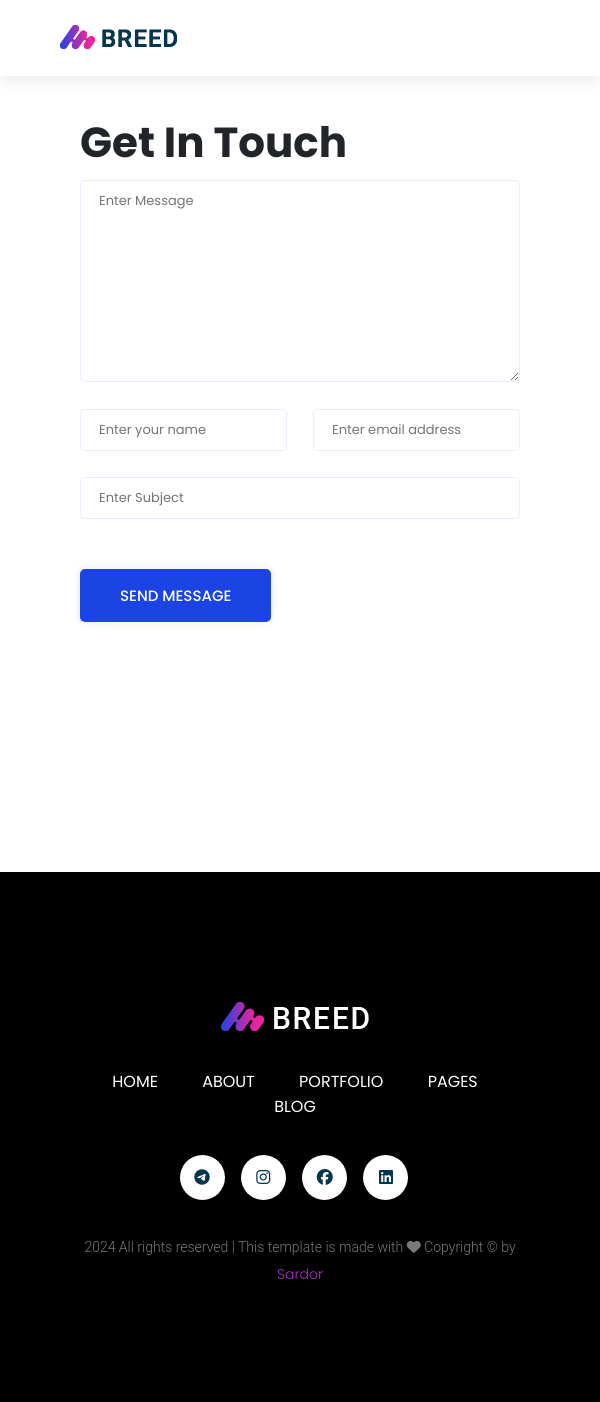
Repository: whoami2991/Sardorbek-Portfolio---Home
Page: contact.html
The author's editor kept a copy of each file at every save. The page is drawn from the files as they stood at one save, then again after the next save.
The browser window is 600 px wide. The pictures show the whole page.

Above is the page before, as saved 2024-08-03 21:10:22.

### contact.html
<!DOCTYPE html>
<html lang="en">
<head>
    <meta charset="UTF-8">
    <meta name="viewport" content="width=device-width, initial-scale=1.0">
    <title>Portfolio - Contact</title>
    <link rel="stylesheet" href="shared.css">
    <link rel="stylesheet" href="contact.css">
    <link rel="stylesheet" href="https://cdnjs.cloudflare.com/ajax/libs/font-awesome/6.5.1/css/all.min.css" integrity="sha512-DTOQO9RWCH3ppGqcWaEA1BIZOC6xxalwEsw9c2QQeAIftl+Vegovlnee1c9QX4TctnWMn13TZye+giMm8e2LwA==" crossorigin="anonymous" referrerpolicy="no-referrer" />
    <link rel="icon" href="icons8-briefcase-94.png" type="image/png">
    <link href='https://unpkg.com/boxicons@2.1.4/css/boxicons.min.css' rel='stylesheet'>
</head>
<body>
    <!--Header section-->
    <header class="main-header">
        <div class="wrapper">
            <div class="brand">
                <a href="index.html">
                    <img src="logo.png" alt="logo">
                </a>
            </div>
            <nav class="main-navigation">
                <ul class="main-navigation__items">
                    <li class="main-navigation__item">
                        <a href="/index.html">Home</a>
                    </li>
                    <li class="main-navigation__item">
                        <a href="#">About</a>
                    </li>
                    <li class="main-navigation__item">
                        <a href="#">Portfolio</a>
                    </li>
                    <li class="main-navigation__item">
                        <a href="#">Pages</a>
                    </li>
                    <li class="main-navigation__item">
                        <a href="#">Blog</a>
                    </li>
                    <li class="main-navigation__item">
                        <a href="#">Contact</a>
                    </li>
                </ul>
            </nav>
        </div>
    </header>
    <div class="wrapper">
        <section class="contact">
            <div class="section-title">Get in Touch</div>
            <form action="/server.php" method="get">
                <textarea name="message" id="message" cols="30" rows="9" placeholder="Enter Message"></textarea>
                <div class="half-row contact_firstname">
                    <input type="text" placeholder="Enter your name" name="firsname">
                </div>
                <div class="half-row contact_email">
                    <input type="email" placeholder="Enter email address" name="email">
                </div>
                <input class="input_enter" type="text" placeholder="Enter Subject" name="subject">
                <button class="button to-uppercase contact_send" type="submit">Send message</button>
            </form>
        </section>
    </div>
    <!--Footer section-->
    <footer class="footer-area">
        <div class="wrapper">
            <section class="footer">
                <div class="footer-logo">
                    <a href="#">
                        <img src="logo2.png" alt="footer logo">
                    </a>
                    <div class="footer-nav">
                        <nav class="footer-main_nav">
                            <ul class="footer-main_nav-items">
                                <li class="nav-item">
                                    <a href="#">Home</a>
                                </li>
                                <li class="nav-item">
                                    <a href="#">about</a>
                                </li>
                                <li class="nav-item">
                                    <a href="#">portfolio</a>
                                </li>
                                <li class="nav-item">
                                    <a href="#">pages</a>
                                </li>
                                <li class="nav-item">
                                    <a href="#">blog</a>
                                </li>
                            </ul>
                        </nav>
                    </div>

                </div>
                <div class="footer-social">
                    <a href="https://t.me/ism018"><i class="fa-brands fa-telegram"></i></a>
                    <a href="https://www.instagram.com/imsard0r/" class="social-instagram_color"><i class="fa-brands fa-instagram"></i></a>
                    <a href="https://www.facebook.com/sardorbek.ismoilov.545/"><i class="fa-brands fa-facebook"></i></a>
                    <a href="https://www.linkedin.com/in/sardor-ismoilov/"><i class="fa-brands fa-linkedin"></i></a>
                </div>
                    <div class="footer-bottom">
                        <p class="col-lg-8 col-sm-12 footer-text"><script>document.write(new Date().getFullYear());</script> All rights reserved | This template is made with <i class="fa fa-heart" aria-hidden="true"></i>
                            Copyright © by <a href="https://t.me/ism018" target="_blank">Sardor</a>
                        </p>
                    </div>
            </section>
        </div>
    </footer>
</body>
</html>

### shared.css
@import url("https://fonts.googleapis.com/css2?family=Poppins:wght@300;400;500;600;700;800;900&display=swap");
/*===============Core styles===============*/
* {
    font-family: "Poppins", sans-serif;
    box-sizing: border-box;
}
body{

    margin: 0;
}
.wrapper{
    width: 1110px;
    margin: 0 auto;
}
.section-subtitle{
    letter-spacing: 2px;
    font-weight: 500;
    color: #797979;
    text-transform: uppercase;
    margin: 5px 0 0;
    font-size: 15px;
    font-weight: 600;
}
.section-title{
    font-size: 42px;
    font-weight: 700;
    text-transform: capitalize;
    color: #212529;
    margin: 15px 0 0 0;
    line-height: 55px;
}

.blur-line{
    display: inline-block;
    vertical-align: middle;
    margin-left: 5px;
    width: 80px;
    height: 4px;
    background: rgba(237,35,159,0.6);
    filter: blur(4px);
}
.button{
    border: none;
    background-color: #1c44e4;
    color: #fff;
    font-weight: 500;
    font-size: 15px;
    padding: 15px 40px;
    cursor: pointer;
    border-radius: 5px;
    box-shadow: 0 0 10px rgba(0, 0, 0, 0.1);
    -webkit-transition-duration: 0.3;
    transition-duration: 0.3;
    -webkit-transition-property: box-shadow, transform;
    transition-property: box-shadow, transform;
}
.button:hover, .button:focus, button:active{
    box-shadow: 0 0 20px rgba(0, 0, 0, 0.5);
    -webkit-transform: scale(1.1);
    transform: scale(1.1);
}
.to-uppercase{
    text-transform: uppercase;
}
.clearfix{
    clear: both;
}
/*===============Header styles==============*/
.main-header{
    position: fixed;
    z-index: 10;
    background-color: #fff;
    width: 100%;
    top: 0;
    left: 0;
    box-shadow: 0px 3px 16px 0px rgb(0 0 0 / 10%);
}
.brand {
    display: inline-block;
    margin-top: 25px;
    border-style: none;
    margin-right: 60px;
}
.main-navigation{
    display: inline-block;
    vertical-align: top;
    padding-top: 5px;
}
.main-navigation__item{
    display: inline-block;
    padding: 5px 15px;
}
.main-navigation__item a{
    color: #05364D;
    text-decoration: none;
    font-weight: 500;
    text-transform: uppercase;
    transition: 0.5s;
}
.main-navigation__item a:hover{
    color: #1c44e4;
}
/*==============Footer section styles=================*/
.footer-area{
    margin-top: 150px;
    padding-top: 130px;
    background-color: #000;
}
.footer-logo{
    text-align: center;
    display: block;
    margin-left: -10px;
}
.footer-nav{
    padding-top: 15px;
}
.footer-main_nav{
    text-decoration: none;
    margin-left: -40px;
}
.footer-main_nav-items{
    list-style: none;
    display: inline-block;
}
.footer-main_nav-items li{
    display: inline-block;
    padding: 0 20px 0;
}
.footer-main_nav-items a{
    display: inline-block;
    text-transform: uppercase;
    text-decoration: none;
    color: #fff;
}
.footer-social {
    padding: 20px;
    align-items: center;
    text-align: center;
}
.footer-social a{
    display: inline-block;
    width: 45px;
    height: 45px;
    line-height: 45px;
    text-align: center;
    background: #ffffff;
    border-radius: 36px;
    color: #05364d;
    font-size: 16px;
    margin-right: 12px
}
.footer-social a:hover{
    transition: 0.4s;
    background: linear-gradient(90deg, #1345e6 0%, #ed239f 100%);
    color: #fff;
}
.footer-bottom{
    padding-top: 0px;
    padding-bottom: 100px;
}
.footer-bottom p{
    text-align: center;
    font-size: 14px;
    line-height: 27px;
    font-weight: 300;
    font-family: "Roboto",sans-serif;
    color: #797979;
}
.footer-bottom a{
    color: #a932c7;
    text-decoration: none;
}

@media only screen and (max-width: 767px) {
    .wrapper{
        width: 80%;
    }
    .main-navigation{
        display: none;
    }
    .brand{
        margin-bottom: 20px;
    }
}

### contact.css
.contact{
    padding: 100px 20px;
}
textarea, input{
    width: 100%;
    padding: 10px;
    margin-bottom: 10px;
    margin-top: 10px;
    border: 1px solid #f0e9ff;
    border-radius: 5px;
    padding-left: 18px;
    font-size: 13px;
    background: transparent;
    color: #495057;
}
.input_enter{
    margin-top: 16px;
}
textarea:focus,
input:focus{
    outline: 0;
}
.half-row{
    width: 50%;
    float: left;
    box-sizing: border-box;
}
.contact_firstname{
    padding-right: 13px;
}
.contact_email{
    padding-left: 13px;
}
.contact_send{
    margin-top: 40px;

}

After the next save:
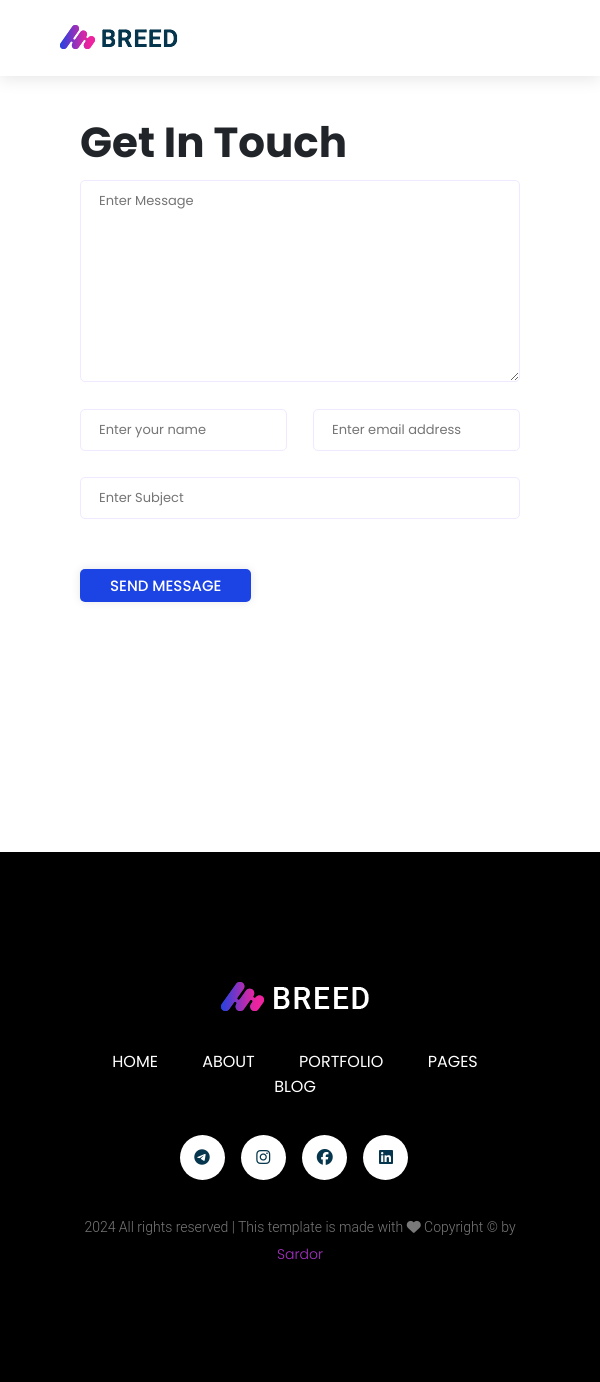
Saved 2 min 49 s later.
--- a/shared.css
+++ b/shared.css
@@ -181,4 +181,7 @@ body{
     .brand{
         margin-bottom: 20px;
     }
+    .button{
+        padding: 5px 30px;
+    }
 }
